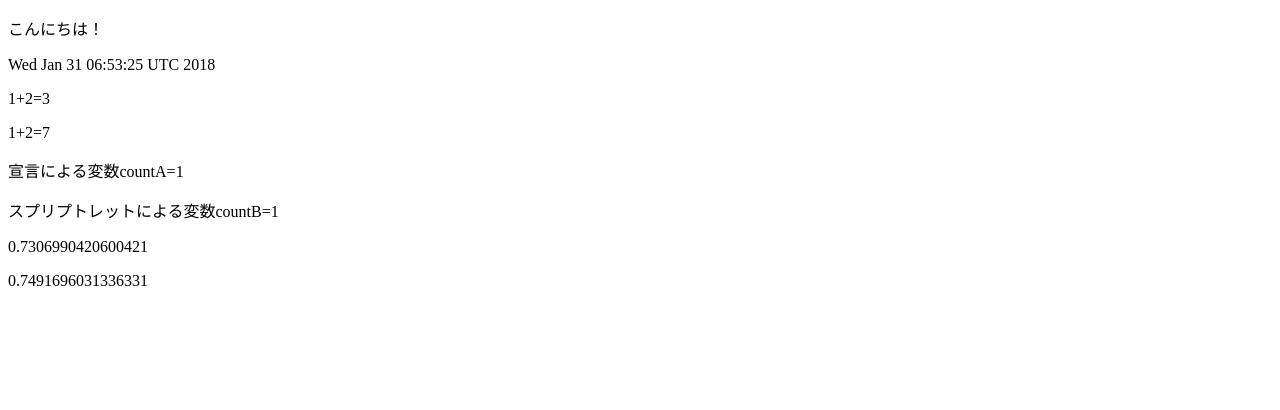
Repository: y321sudo/test
Page: http://localhost/HelloJSP/
The author's editor kept a copy of each file at every save. The page is drawn from the files as they stood at one save, then again after the next save.
The browser window is 1280 px wide. The pictures show the whole page.
The page is served by Tomcat 9.

Above is the page before, as saved 2018-01-31 07:57:38.

### HelloJSP/WebContent/index.jsp
<%@ page language="java" contentType="text/html; charset=UTF-8"
    pageEncoding="UTF-8"%>
<!DOCTYPE html>
<html>
	<head>
	<meta charset="utf-8">
	<title>Test</title>
	</head>
	<body>
	<p>こんにちは！</p>
	<% out.println(new java.util.Date()); %>
	<%! static int add(int a,int b){
			return a+b;}%>
	<p>1+2=<%=add(1,2) %></p>
	<p>1+2=<%=add(3,4) %></p>

	<%! static int countA=0; %>
	<% int countB=0;
		countA++;
		countB++;%>
	<p>宣言による変数countA=<%=countA %></p>
	<p>スプリプトレットによる変数countB=<%= countB %></p>

	<p><% out.println(Math.random()); %></p>
	<p><%=Math.random() %></p>

	</body>
</html>

After the next save:
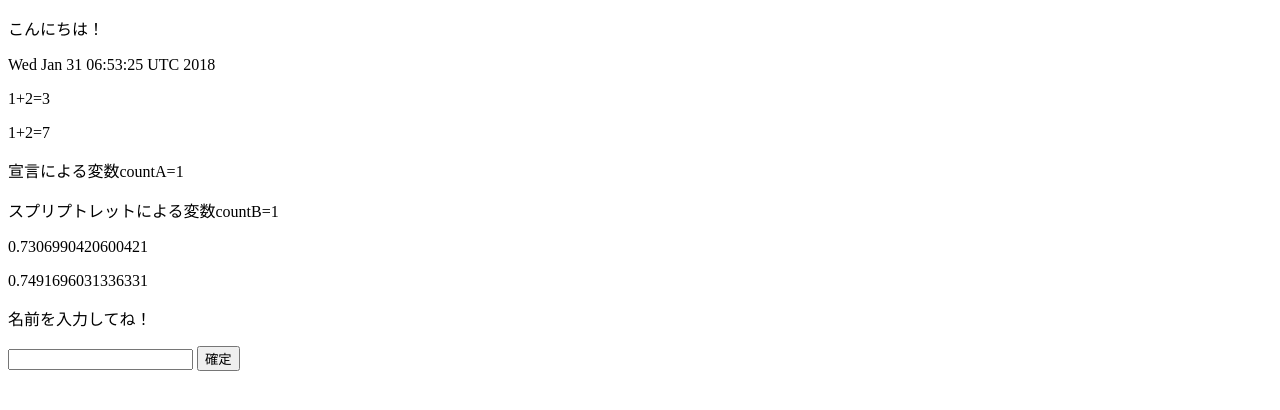
Saved 2 min 24 s later.
--- a/HelloJSP/WebContent/index.jsp
+++ b/HelloJSP/WebContent/index.jsp
@@ -24,5 +24,10 @@
 	<p><% out.println(Math.random()); %></p>
 	<p><%=Math.random() %></p>
 
+	<p>名前を入力してね！</p>
+	<form method="post" action="greeting-out.jsp">
+	<input type="text" name="user">
+	<input type="submit" value="確定">
+	</form>
 	</body>
 </html>
